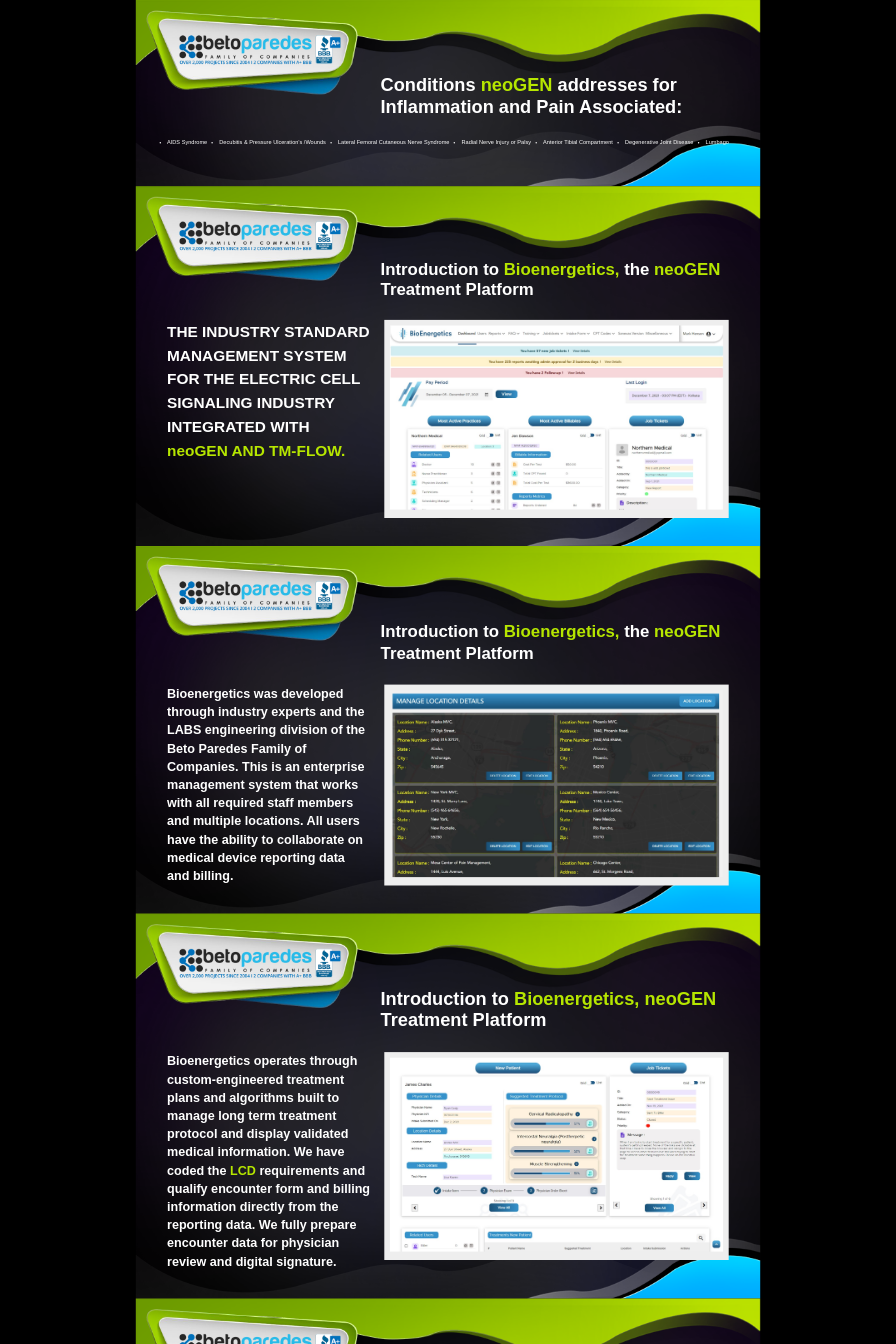
Repository: koushikbiswas/Beto_Paredes_Family_Opportunities_Intro_Deck
Page: slide29.html
The author's editor kept a copy of each file at every save. The page is drawn from the files as they stood at one save, then again after the next save.
The browser window is 1280 px wide. The pictures show the part of the page from y = 0 to 1920 px (the page is 5026 px tall before and 5070 px after), at 70% of full size.

Above is the page before, as saved 2021-12-22 10:01:15.

After the next save:
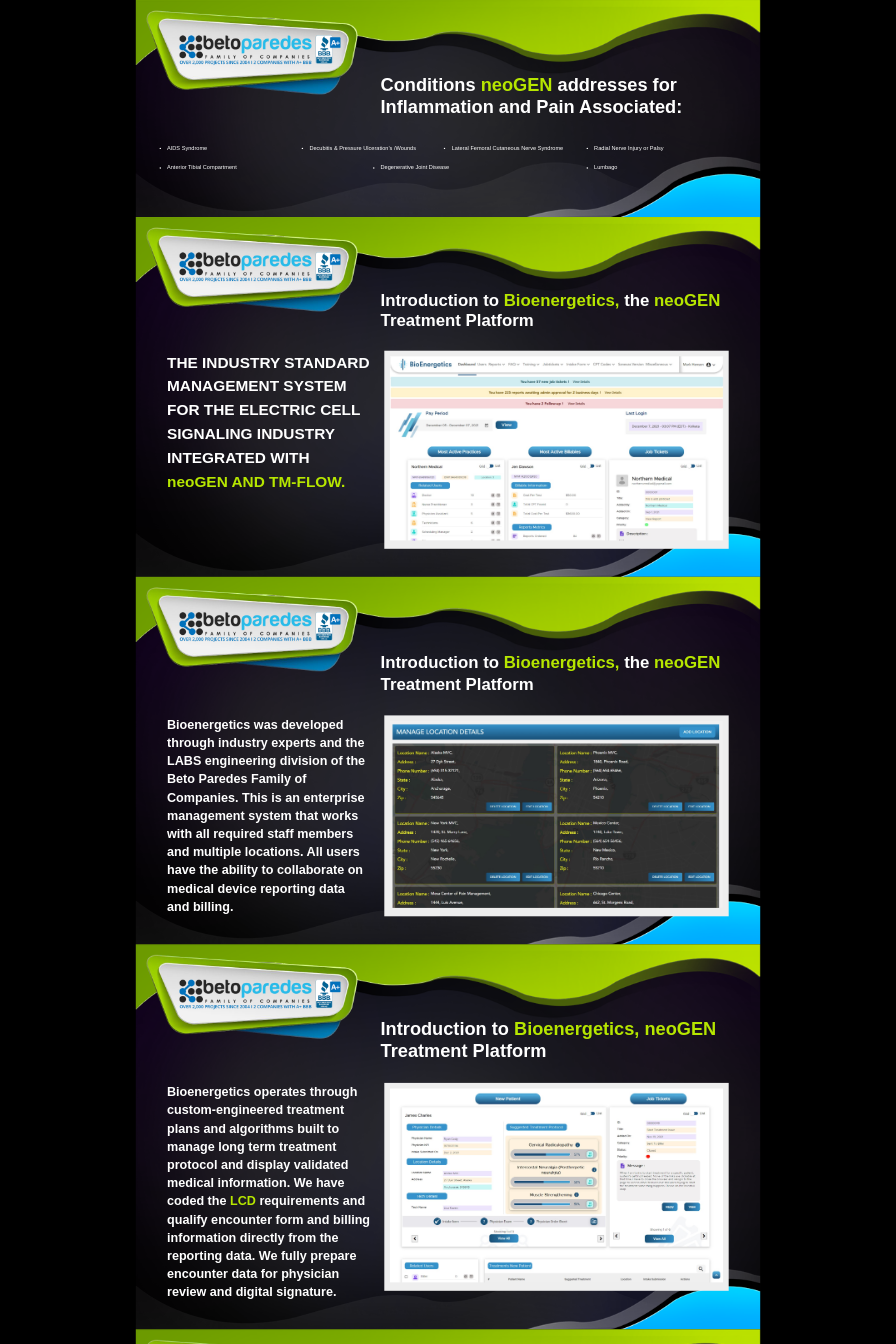
Saved 51 s later.
--- a/assets/css/slide.css
+++ b/assets/css/slide.css
@@ -33,8 +33,8 @@
 .slide20 .pdfmaincontent p{padding-left: 38%;margin-top: -6%;font-size: 26px;font-weight: 600;line-height: 31px;}
 .slide20 .pdfmaincontent p span{color:#b6e600;}
 .slide20 .pdfmaincontent .pdfmaincontentlists{margin-top: 30px;}
-.slide20 .pdfmaincontent .pdfmaincontentlists ul li{padding-left: 0 !important;margin-top: 0 !important;font-size: 8px !important;line-height: 12px;color:#fff;}
-.slide20 .pdfmaincontent .pdfmaincontentlists ul{display: flex;align-items: flex-start;justify-content: space-between;padding: 0;}
+.slide20 .pdfmaincontent .pdfmaincontentlists ul li{padding-left: 0 !important;margin-top: 0 !important;font-size: 8px !important;line-height: 12px;color:#fff;width: 23%;padding: 1%;}
+.slide20 .pdfmaincontent .pdfmaincontentlists ul{display: flex;align-items: flex-start;justify-content: space-between;padding: 0;flex-wrap: wrap;}
 
 /*-----------END SLIDE 20 CSS-----------*/
 
